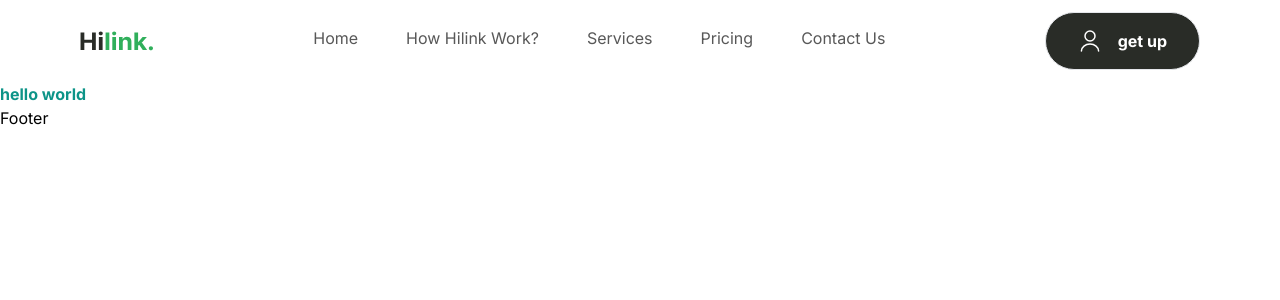
Repository: martin-raphael/travel_agency
Page: /
An editor plug-in stored every save of this project. The page is shown before and after the next save, followed by the edit.
The browser window is 1280 px wide. The pictures show the whole page.
The project was rebuilt for these pictures with package versions that can differ from the ones it lists, and the page was loaded fresh each time. The framework's server and built-in components were replaced by stand-ins that run in the browser. Also part of the build but not shown: next.config.mjs.

Above is the page before, as saved 2024-08-08 17:40:00.

After the next save:
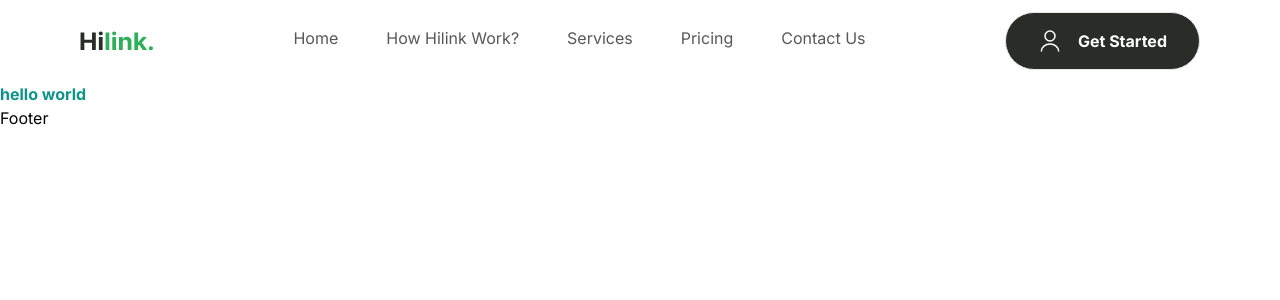
Saved 18 s later.
--- a/components/Navbar.tsx
+++ b/components/Navbar.tsx
@@ -26,7 +26,7 @@ const Navbar = () => {
       <div className=" lg:flexCenter hidden">
         <Button
           type='button'
-          title='get up'
+          title='Get Started'
           icon='/user.svg'
           variant='btn_dark_green'
         />
